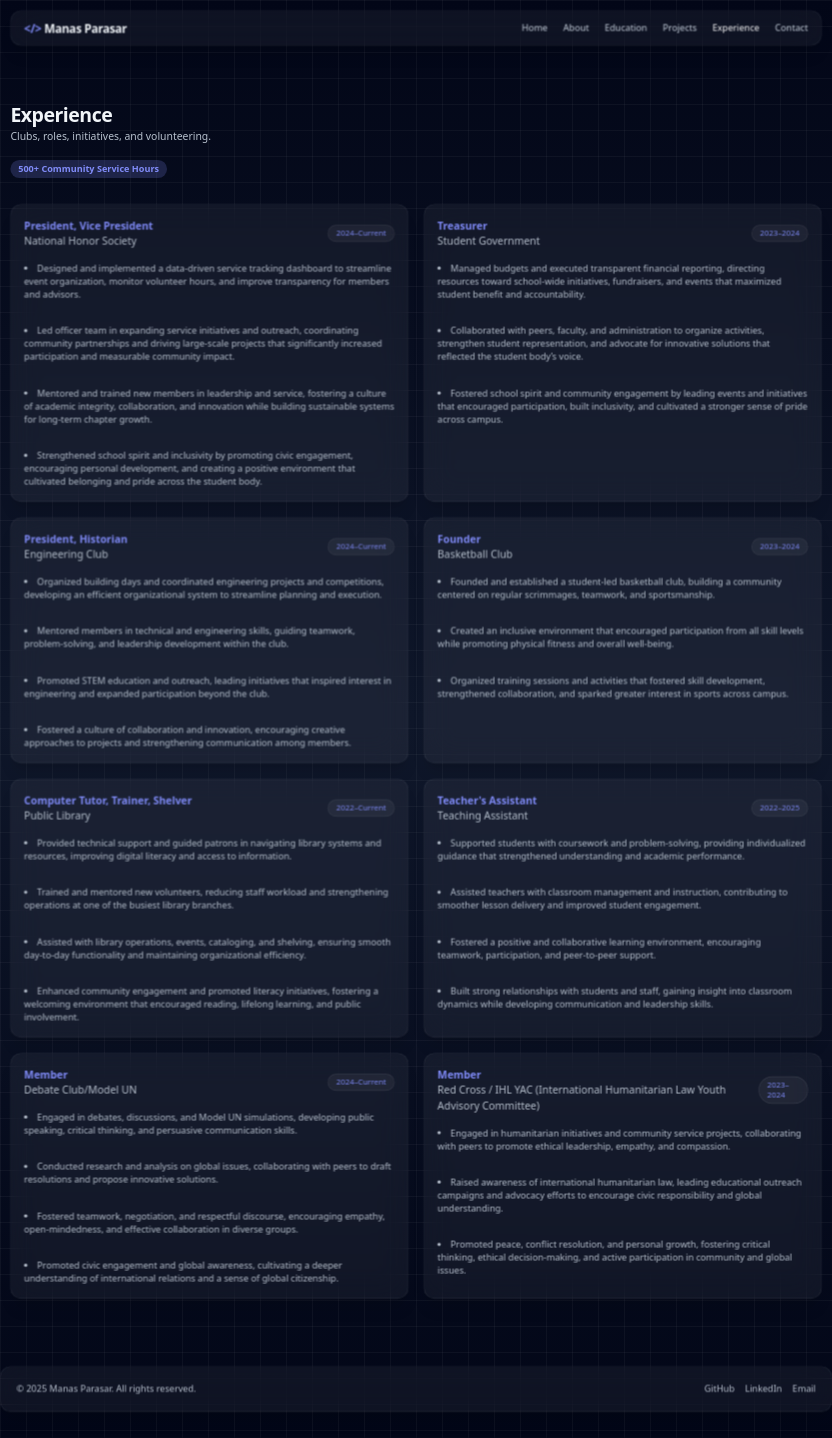
Repository: Manas-Parasar/portfolio-manas-parasar
Page: /experience
The author's editor kept a copy of each file at every save. The page is drawn from the files as they stood at one save, then again after the next save.
The browser window is 1280 px wide. The pictures show the whole page, at 65% of full size.
The project was rebuilt for these pictures with package versions that can differ from the ones it lists, and the page was loaded fresh each time. Also part of the build but not shown: vite.config.js, src/components/Hero.jsx, src/components/ProjectCard.jsx, src/pages/Home.jsx, src/pages/About.jsx, src/pages/Projects.jsx, src/pages/Contact.jsx. Imported but missing from the stored project, and not drawn on this page: src/assets/Manas Parasar Resume.pdf.

Above is the page before, as saved 2025-08-23 00:26:00.

After the next save:
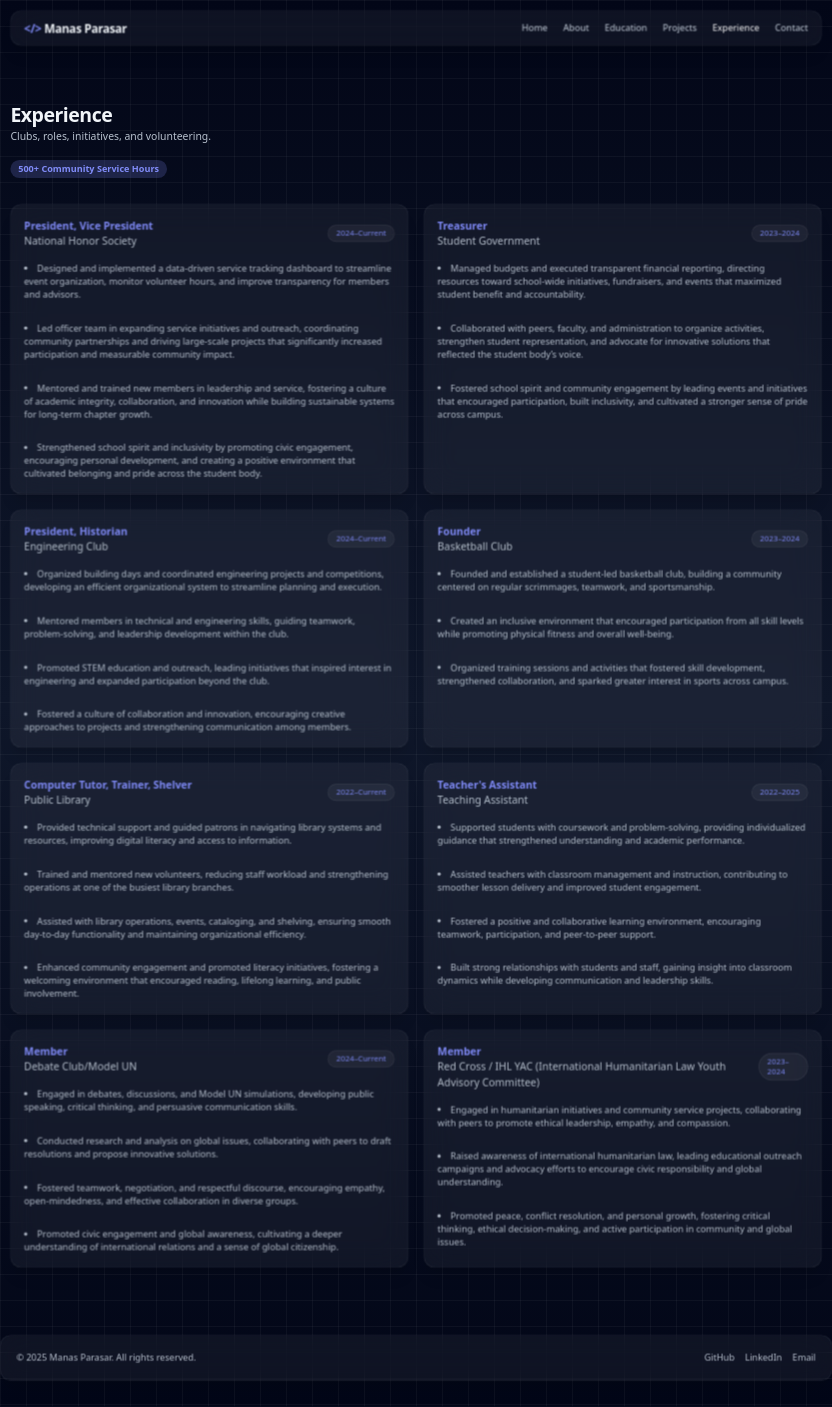
Saved 24 s later.
--- a/src/components/TimelineItem.jsx
+++ b/src/components/TimelineItem.jsx
@@ -11,7 +11,7 @@ export function TimelineItem({ org, role, period, points = [] }) {
         </span>
       </div>
       {points?.length > 0 && (
-        <ul className="list-disc list-inside mt-5 text-sm subtle space-y-9">
+        <ul className="list-disc list-inside mt-5 text-sm subtle space-y-8">
           {points.map((p, i) => (
             <li key={i}>{p}</li>
           ))}
